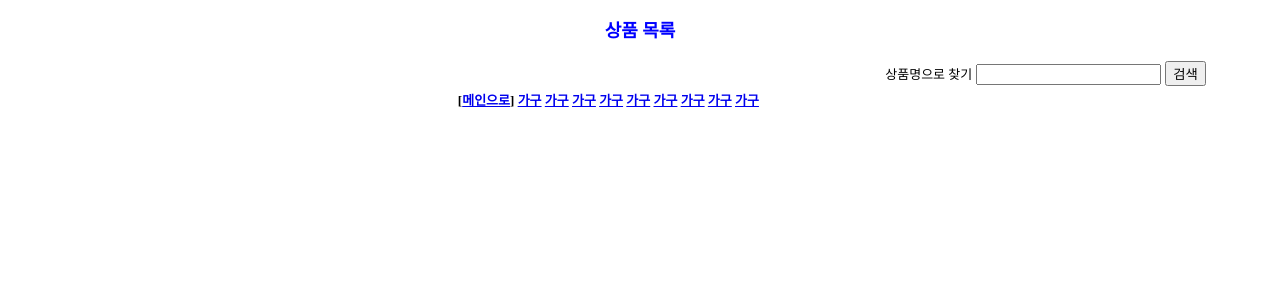
Repository: severrepair/JSPproject
Page: http://localhost/Shop/product_list.jsp
The author's editor kept a copy of each file at every save. The page is drawn from the files as they stood at one save, then again after the next save.
The browser window is 1280 px wide. The pictures show the whole page.
The page is served by Tomcat 9.

Above is the page before, as saved 2022-12-02 03:40:12.

### Shop/src/main/webapp/product_list.jsp
<%@ page contentType="text/html; charset=UTF-8" pageEncoding="UTF-8"%>
<%@ page language="java" import="java.sql.*, java.util.*, java.text.* " %>
<% request.setCharacterEncoding("UTF-8");%>
<!DOCTYPE html>
<html>
<head>
<meta charset="UTF-8">
<title>상품 목록</title>
</head>
<body>
<P align=center>
<FONT color=#0000ff face=굴림 size=+1>
<STRONG>상품 목록</STRONG>
</FONT>
</P>

<FORM method=post name=search action="/Shop/product_list.jsp">
<TABLE border=0 width=95%>
	<TR>
		<TD align=right>
			<FONT size=-1>상품명으로 찾기</FONT>
			<INPUT type=text name=pname>
			<INPUT type=submit value="검색">
		</TD>
	</TR>
	<TR>
		<TH>
			<FONT size=-1>
				[<A href="/Shop/main.html">메인으로</A>]
				<A href="product_list.jsp? cat=11">가구</A>
				<A href="product_list.jsp? cat=11">가구</A>
				<A href="product_list.jsp? cat=11">가구</A>
				<A href="product_list.jsp? cat=11">가구</A>
				<A href="product_list.jsp? cat=11">가구</A>
				<A href="product_list.jsp? cat=11">가구</A>
				<A href="product_list.jsp? cat=11">가구</A>
				<A href="product_list.jsp? cat=11">가구</A>
				<A href="product_list.jsp? cat=11">가구</A>

			</FONT>




</TABLE>
</FORM>

</body>
</html>

After the next save:
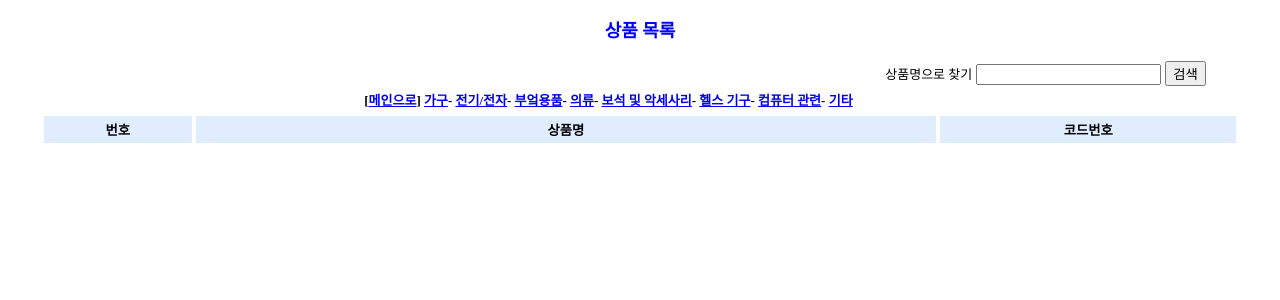
Saved 4 min 53 s later.
--- a/Shop/src/main/webapp/product_list.jsp
+++ b/Shop/src/main/webapp/product_list.jsp
@@ -27,23 +27,45 @@
 		<TH>
 			<FONT size=-1>
 				[<A href="/Shop/main.html">메인으로</A>]
-				<A href="product_list.jsp? cat=11">가구</A>
-				<A href="product_list.jsp? cat=11">가구</A>
-				<A href="product_list.jsp? cat=11">가구</A>
-				<A href="product_list.jsp? cat=11">가구</A>
-				<A href="product_list.jsp? cat=11">가구</A>
-				<A href="product_list.jsp? cat=11">가구</A>
-				<A href="product_list.jsp? cat=11">가구</A>
-				<A href="product_list.jsp? cat=11">가구</A>
-				<A href="product_list.jsp? cat=11">가구</A>
+				<A href="product_list.jsp? cat=11">가구</A>-
+				<A href="product_list.jsp? cat=22">전기/전자</A>-
+				<A href="product_list.jsp? cat=33">부엌용품</A>-
+				<A href="product_list.jsp? cat=44">의류</A>-
+				<A href="product_list.jsp? cat=55">보석 및 악세사리</A>-
+				<A href="product_list.jsp? cat=66">헬스 기구</A>-
+				<A href="product_list.jsp? cat=77">컴퓨터 관련</A>-
+				<A href="product_list.jsp? cat=88">기타</A>
+			</FONT>
+		</TH>
+	</TR>
+</TABLE>
+</FORM>
 
+<CENTER>
+<TABLE border=0 width=95% cellpadding=4 cellspacing=4 style=" font-size:10pt">
+	<TR>
+		<TH width=5% bgcolor=#DFEDFF>
+			<FONT color=black face=굴림>
+				<NOBR>번호</NOBR>
+			</FONT>
+		</TH>
+		<TH width=25% bgcolor=#DFEDFF>
+			<FONT color=black face=굴림>
+				<NOBR>상품명</NOBR>
+			</FONT>
+		</TH>
+		<TH width=10% bgcolor=#DFEDFF>
+			<FONT color=black face=굴림>
+				<NOBR>코드번호</NOBR>
 			</FONT>
 
 
 
+</CENTER>
 
-</TABLE>
-</FORM>
+
+
+
 
 </body>
 </html>
